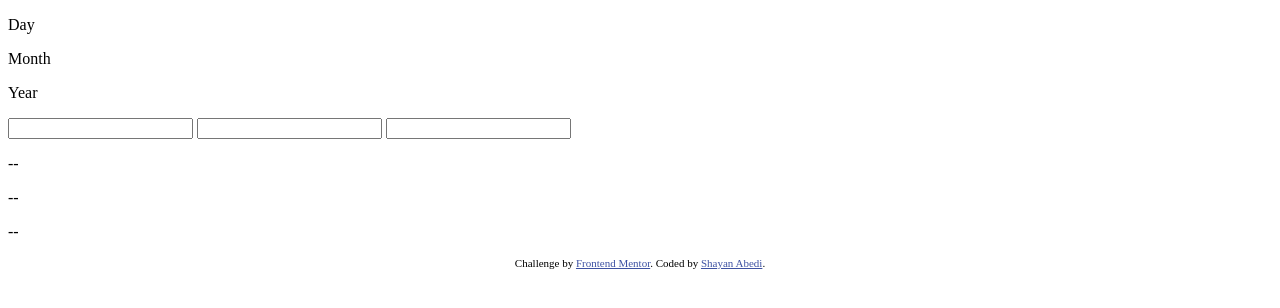
Repository: shayanabedi98/age-calculator
Page: index.html
An editor plug-in stored every save of this project. The page is shown before and after the next save, followed by the edit.
The browser window is 1280 px wide. The pictures show the whole page.

Above is the page before, as saved 2023-09-18 18:45:08.

### index.html
<!DOCTYPE html>
<html lang="en">
<head>
  <meta charset="UTF-8">
  <meta name="viewport" content="width=device-width, initial-scale=1.0">
  <link rel="icon" type="image/png" sizes="32x32" href="./assets/images/favicon-32x32.png">
  <link rel="stylesheet" href="styles.css">
  <title>Frontend Mentor | Age calculator app</title>
</head>
<body>

  <div class="grid-container">
    <div>
      <p>Day</p>
      <p>Month</p>
      <p>Year</p>
      <input id="dob-day" type="text">
      <input id="dob-month" type="text">
      <input id="dob-year" type="text">
    </div>
    <div>
      <p id="age-year">--</p>
      <p id="age-month">--</p>
      <p id="age-day">--</p>
    </div>
  </div>

  <div class="attribution">
    Challenge by <a href="https://www.frontendmentor.io?ref=challenge" target="_blank">Frontend Mentor</a>.
    Coded by <a href="#">Shayan Abedi</a>.
  </div>
  <script src="index.js"></script>
</body>
</html>

### styles.css
@font-face {
    font-family: 'Poppins-Bold', sans-serif;
    src: url('./assets/fonts/Poppins-Bold.ttf');
}

.attribution { font-size: 11px; text-align: center; }
.attribution a { color: hsl(228, 45%, 44%); }



body {
}

Loaded but not shown: index.js (common file)

After the next save:
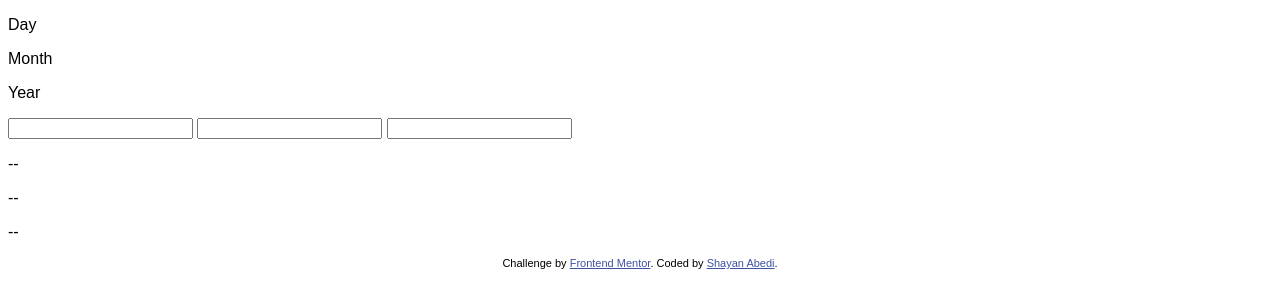
Saved 21 s later.
--- a/styles.css
+++ b/styles.css
@@ -9,4 +9,5 @@
 
 
 body {
+    font-family: 'Poppins-Bold', sans-serif;
 }
